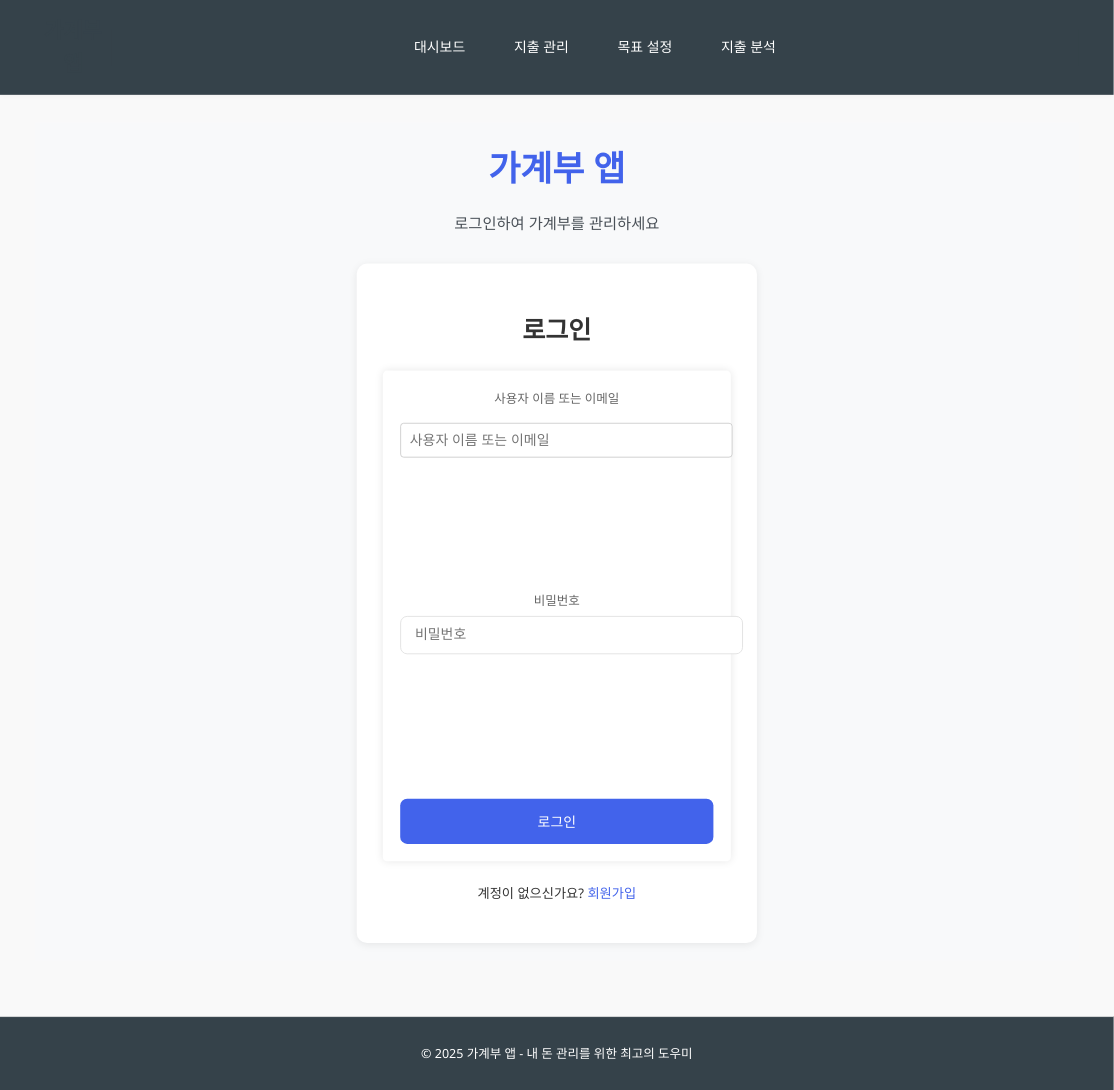
Repository: dldnwls07/Register_Login_Form
Page: /
The author's editor kept a copy of each file at every save. The page is drawn from the files as they stood at one save, then again after the next save.
The browser window is 1280 px wide. The pictures show the whole page, at 87% of full size.
The project was rebuilt for these pictures with package versions that can differ from the ones it lists, and the page was loaded fresh each time. Also part of the build but not shown: src/components/Summary.jsx, src/styles/pages/MainPage.css, src/pages/MainPage.jsx, src/utils/categoryData.js, src/components/CategorySelector.jsx, src/components/EntryForm.jsx, src/components/EntryTable.jsx, src/components/SearchBar.jsx and 15 more.

Above is the page before, as saved 2025-05-23 11:09:58.

### public/index.html
<!DOCTYPE html>
<html lang="en">
<head>
    <meta charset="UTF-8">
    <meta name="viewport" content="width=device-width, initial-scale=1.0">
    <title>My Money App</title>
</head>
<body>
    <div id="root"></div>
</body>
</html>

### src/styles/App.css
/* Added CSS variables for theme */
:root {
  --background-light: #f9f9f9;
  --background-dark: #121212;
  --text-light: #333;
  --text-dark: #eee;
  --primary-color: #35424a;
  --accent-color: #45a049;
  --border-radius: 5px;
  --box-shadow: 0 0 10px rgba(0, 0, 0, 0.1);
}

body {
  font-family: 'Segoe UI', Tahoma, Geneva, Verdana, sans-serif;
  background-color: var(--background-light);
  color: var(--text-light);
  margin: 0;
  padding: 0;
}

.dark body {
  background-color: var(--background-dark);
  color: var(--text-dark);
}

.container {
    width: 80%;
    margin: auto;
    overflow: hidden;
}

header {
    background: #35424a;
    color: #ffffff;
    padding: 10px 0;
    text-align: center;
}

h1 {
    margin: 0;
}

form {
    background: #ffffff;
    padding: 20px;
    border-radius: 5px;
    box-shadow: 0 0 10px rgba(0, 0, 0, 0.1);
}

input[type="text"],
input[type="number"] {
    width: 100%;
    padding: 10px;
    margin: 10px 0;
    border: 1px solid #ccc;
    border-radius: 4px;
}

button {
    background: #35424a;
    color: #ffffff;
    border: none;
    padding: 10px 15px;
    border-radius: 5px;
    cursor: pointer;
}

button:hover {
    background: #45a049;
}

.table {
    width: 100%;
    margin-top: 20px;
    border-collapse: collapse;
}

.table th,
.table td {
    border: 1px solid #ddd;
    padding: 8px;
}

.table th {
    background-color: #35424a;
    color: white;
}

.summary {
    background: #ffffff;
    padding: 20px;
    border-radius: 5px;
    box-shadow: 0 0 10px rgba(0, 0, 0, 0.1);
    margin-top: 20px;
}

.pie-chart {
    margin-top: 20px;
}

/* Added media query for responsiveness */
@media (max-width: 768px) {
  .entry-form {
    flex-direction: column;
  }
}

/* 앱 레이아웃 스타일 */
.App {
  display: flex;
  flex-direction: column;
  min-height: 100vh;
}

.App-header {
  background-color: var(--primary-color);
  color: white;
  padding: 1rem 0;
  text-align: center;
}

.App-content {
  flex: 1;
  padding: 2rem;
  max-width: 1200px;
  margin: 0 auto;
  width: 100%;
}

.App-footer {
  background-color: var(--primary-color);
  color: white;
  text-align: center;
  padding: 1rem 0;
  margin-top: 2rem;
}

/* 네비게이션 스타일 */
.main-navigation {
  background-color: var(--primary-color);
  padding: 0.5rem 0;
}

.nav-links {
  display: flex;
  justify-content: center;
  gap: 1.5rem;
  padding: 0;
  margin: 0;
}

.nav-links a {
  color: white;
  text-decoration: none;
  padding: 0.5rem 1rem;
  border-radius: var(--border-radius);
  transition: background-color 0.3s;
}

.nav-links a:hover, .nav-links a.active {
  background-color: var(--accent-color);
}

/* 카드 스타일 */
.navigation-links {
  display: grid;
  grid-template-columns: repeat(auto-fit, minmax(300px, 1fr));
  gap: 2rem;
  margin-top: 2rem;
}

.nav-card {
  background-color: white;
  padding: 1.5rem;
  border-radius: var(--border-radius);
  box-shadow: var(--box-shadow);
  transition: transform 0.3s, box-shadow 0.3s;
}

.nav-card:hover {
  transform: translateY(-5px);
  box-shadow: 0 10px 20px rgba(0, 0, 0, 0.15);
}

.nav-link {
  text-decoration: none;
  color: var(--text-light);
}

/* 페이지 스타일 */
.main-page, .spending-page, .goal-page, .analysis-page {
  padding: 1rem 0;
}

.back-link {
  margin-bottom: 2rem;
}

.back-link a {
  color: var(--primary-color);
  text-decoration: none;
  display: flex;
  align-items: center;
  gap: 0.5rem;
}

.back-link a:hover {
  text-decoration: underline;
}

/* 콘텐츠 레이아웃 */
.spending-content, .goal-content, .analysis-content {
  display: grid;
  grid-template-columns: 1fr;
  gap: 2rem;
}

@media (min-width: 768px) {
  .spending-content, .goal-content, .analysis-content {
    grid-template-columns: repeat(2, 1fr);
  }
}

### src/pages/auth/LoginPage.jsx
import React from 'react';
import { useNavigate } from 'react-router-dom';
import LoginForm from '../../components/LoginForm';
import { useAuth } from '../../hooks/useAuth';
import '../../styles/pages/AuthPage.css';

const LoginPage = () => {
  const navigate = useNavigate();
  const { login } = useAuth();

  const handleLoginSuccess = (user) => {
    navigate('/');
  };

  return (
    <div className="auth-page">
      <div className="auth-container">
        <h1>가계부 앱</h1>
        <p className="auth-description">로그인하여 가계부를 관리하세요</p>
        <LoginForm onLoginSuccess={handleLoginSuccess} />
      </div>
    </div>
  );
};

export default LoginPage;

### src/components/Navigation.jsx
import React from 'react';
import { Link, useLocation } from 'react-router-dom';

const Navigation = () => {
  const location = useLocation();

  return (
    <nav className="main-navigation">
      <ul className="nav-links">
        <li>
          <Link to="/" className={location.pathname === '/' ? 'active' : ''}>
            대시보드
          </Link>
        </li>
        <li>
          <Link to="/spending" className={location.pathname === '/spending' ? 'active' : ''}>
            지출 관리
          </Link>
        </li>
        <li>
          <Link to="/goal" className={location.pathname === '/goal' ? 'active' : ''}>
            목표 설정
          </Link>
        </li>
        <li>
          <Link to="/analysis" className={location.pathname === '/analysis' ? 'active' : ''}>
            지출 분석
          </Link>
        </li>
      </ul>
    </nav>
  );
};

export default Navigation;

### src/components/PrivateRoute.jsx
import React from 'react';
import { Navigate } from 'react-router-dom';
import { useAuth } from '../hooks/useAuth';

const PrivateRoute = ({ children }) => {
  const { user, loading } = useAuth();

  // 로딩 중일 때는 로딩 상태 표시
  if (loading) {
    return (
      <div className="loading-container">
        <div className="loading-spinner"></div>
        <p>로딩 중...</p>
      </div>
    );
  }

  // 사용자가 로그인하지 않았으면 로그인 페이지로 리디렉션
  if (!user) {
    return <Navigate to="/login" replace />;
  }

  // 로그인한 사용자는 원래 의도한 컴포넌트 표시
  return children;
};

export default PrivateRoute;

### src/context/AuthContext.jsx
import React, { createContext, useState, useEffect } from 'react';
import { loginUser, registerUser, verifyToken, getCurrentUser } from '../utils/authService';

export const AuthContext = createContext();

export const AuthProvider = ({ children }) => {
  const [user, setUser] = useState(null);
  const [loading, setLoading] = useState(true);

  useEffect(() => {
    // 토큰이 있으면 사용자 정보 확인
    const token = localStorage.getItem('token');
    if (token) {
      try {
        verifyToken(token)
          .then(decoded => {
            // 사용자 정보 가져오기
            return getCurrentUser(decoded.id);
          })
          .then(userData => {
            setUser(userData);
          })
          .catch(() => {
            // 토큰이 유효하지 않으면 제거
            localStorage.removeItem('token');
            localStorage.removeItem('user');
          })
          .finally(() => setLoading(false));
      } catch (err) {
        setLoading(false);
      }
    } else {
      setLoading(false);
    }
  }, []);

  // 로그인 함수
  const login = async (credentials) => {
    try {
      const response = await loginUser(credentials.usernameOrEmail, credentials.password);

      localStorage.setItem('token', response.token);
      localStorage.setItem('user', JSON.stringify(response.user));

      setUser(response.user);
      return response.user;
    } catch (error) {
      throw error;
    }
  };

  // 회원가입 함수
  const register = async (userData) => {
    try {
      return await registerUser(userData);
    } catch (error) {
      throw error;
    }
  };

  // 로그아웃 함수
  const logout = () => {
    localStorage.removeItem('token');
    localStorage.removeItem('user');
    setUser(null);
  };

  return (
    <AuthContext.Provider value={{ user, loading, login, register, logout }}>
      {children}
    </AuthContext.Provider>
  );
};

export default AuthContext;

### src/styles/Common.css
/* 공통 스타일 - 네비게이션, 헤더, 푸터 등 공통 요소 디자인 */

:root {
  --primary-color: #2D7FF9;
  --accent-color: #00D1D1;
  --text-color: #333333;
  --text-light: #666666;
  --background-color: #F5F7FC;
  --card-background: #FFFFFF;
  --border-radius: 16px;
  --box-shadow: 0 2px 10px rgba(0, 0, 0, 0.05);
  --hover-shadow: 0 10px 20px rgba(0, 0, 0, 0.1);
  --transition: 0.2s ease;
}

body {
  font-family: 'Pretendard', -apple-system, BlinkMacSystemFont, system-ui, Roboto, 'Helvetica Neue', 'Segoe UI', sans-serif;
  background-color: var(--background-color);
  color: var(--text-color);
  margin: 0;
  padding: 0;
  line-height: 1.6;
}

/* 앱 레이아웃 */
.App {
  display: flex;
  flex-direction: column;
  min-height: 100vh;
}

/* 헤더 스타일 */
.App-header {
  background-color: var(--card-background);
  box-shadow: 0 1px 5px rgba(0, 0, 0, 0.03);
  padding: 1.25rem 0;
  position: sticky;
  top: 0;
  z-index: 100;
}

.header-container {
  display: flex;
  flex-direction: column;
  align-items: center;
  max-width: 1200px;
  margin: 0 auto;
  padding: 0 1.5rem;
}

@media (min-width: 768px) {
  .header-container {
    flex-direction: row;
    justify-content: space-between;
  }
}

.App-header h1 {
  font-size: 1.5rem;
  font-weight: 700;
  color: var(--primary-color);
  margin: 0;
}

/* 메인 컨텐츠 스타일 */
.App-content {
  flex: 1;
  max-width: 1200px;
  margin: 0 auto;
  width: 100%;
  padding: 2rem 1.5rem;
}

/* 푸터 스타일 */
.App-footer {
  background-color: var(--card-background);
  padding: 1.5rem 0;
  margin-top: 3rem;
  text-align: center;
  font-size: 0.9rem;
  color: var(--text-light);
  border-top: 1px solid #eaeaea;
}

/* 네비게이션 스타일 */
.main-navigation {
  width: 100%;
  display: flex;
  justify-content: center;
  margin-top: 1rem;
}

@media (min-width: 768px) {
  .main-navigation {
    margin-top: 0;
  }
}

.nav-links {
  display: flex;
  gap: 1.5rem;
  padding: 0;
  margin: 0;
  list-style: none;
}

.nav-links a {
  color: var(--text-light);
  text-decoration: none;
  font-size: 1rem;
  font-weight: 500;
  padding: 0.5rem;
  transition: color var(--transition);
  position: relative;
}

.nav-links a:before {
  content: '';
  position: absolute;
  bottom: 0;
  left: 0;
  width: 0;
  height: 2px;
  background-color: var(--primary-color);
  transition: width var(--transition);
}

.nav-links a:hover, .nav-links a.active {
  color: var(--primary-color);
}

.nav-links a:hover:before, .nav-links a.active:before {
  width: 100%;
}

### src/components/LoginForm.jsx
import React, { useState, useEffect } from 'react';
import { Link, useNavigate, useLocation } from 'react-router-dom';
import '../styles/components/AuthForm.css';
import { useAuth } from '../hooks/useAuth';

const LoginForm = ({ onLoginSuccess }) => {
  const [formData, setFormData] = useState({
    usernameOrEmail: '',
    password: '',
  });
  const [errors, setErrors] = useState({});
  const [isLoading, setIsLoading] = useState(false);
  const [successMessage, setSuccessMessage] = useState('');

  const navigate = useNavigate();
  const location = useLocation();
  const { login } = useAuth();

  // 회원가입 성공 메시지 표시
  useEffect(() => {
    if (location.state?.message) {
      setSuccessMessage(location.state.message);
      // URL에서 메시지 상태 제거
      navigate(location.pathname, { replace: true });
    }
  }, [location, navigate]);

  const handleChange = (e) => {
    const { name, value } = e.target;
    setFormData({
      ...formData,
      [name]: value,
    });

    // 필드 변경 시 해당 필드의 오류 메시지 초기화
    if (errors[name]) {
      setErrors({
        ...errors,
        [name]: '',
      });
    }
  };

  const validateForm = () => {
    const newErrors = {};

    if (!formData.usernameOrEmail.trim()) {
      newErrors.usernameOrEmail = '사용자 이름 또는 이메일을 입력하세요.';
    }

    if (!formData.password) {
      newErrors.password = '비밀번호를 입력하세요.';
    }

    return newErrors;
  };

  const handleSubmit = async (e) => {
    e.preventDefault();

    const formErrors = validateForm();
    if (Object.keys(formErrors).length > 0) {
      setErrors(formErrors);
      return;
    }

    setIsLoading(true);

    try {
      // AuthContext를 통해 로그인 시도
      await login({
        usernameOrEmail: formData.usernameOrEmail,
        password: formData.password,
      });

      // 로그인 성공 후 콜백 함수 호출
      if (onLoginSuccess) {
        onLoginSuccess();
      }

      // 메인 페이지로 리디렉션
      navigate('/');
    } catch (error) {
      console.error('로그인 오류:', error);
      setErrors({ general: error.message });
    } finally {
      setIsLoading(false);
    }
  };

  return (
    <div className="auth-form-container">
      <h2 className="auth-title">로그인</h2>

      {successMessage && (
        <div className="auth-success-message">{successMessage}</div>
      )}

      {errors.general && (
        <div className="auth-error-message">{errors.general}</div>
      )}

      <form className="auth-form" onSubmit={handleSubmit}>
        <div className="form-group">
          <label htmlFor="usernameOrEmail">사용자 이름 또는 이메일</label>
          <input
            type="text"
            id="usernameOrEmail"
            name="usernameOrEmail"
            value={formData.usernameOrEmail}
            onChange={handleChange}
            placeholder="사용자 이름 또는 이메일"
            disabled={isLoading}
          />
          {errors.usernameOrEmail && (
            <div className="input-error">{errors.usernameOrEmail}</div>
          )}
        </div>

        <div className="form-group">
          <label htmlFor="password">비밀번호</label>
          <input
            type="password"
            id="password"
            name="password"
            value={formData.password}
            onChange={handleChange}
            placeholder="비밀번호"
            disabled={isLoading}
          />
          {errors.password && <div className="input-error">{errors.password}</div>}
        </div>

        <button
          type="submit"
          className={`auth-button ${isLoading ? 'loading' : ''}`}
          disabled={isLoading}
        >
          {isLoading ? '로그인 중...' : '로그인'}
        </button>
      </form>

      <div className="auth-links">
        <p>
          계정이 없으신가요? <Link to="/register">회원가입</Link>
        </p>
      </div>
    </div>
  );
};

export default LoginForm;

### src/styles/pages/AuthPage.css
/* 인증 페이지 스타일 */
.auth-page {
  display: flex;
  justify-content: center;
  align-items: center;
  min-height: 100vh;
  background-color: #f8f9fa;
}

.auth-container {
  width: 100%;
  max-width: 500px;
  padding: 20px;
  text-align: center;
}

.auth-page h1 {
  font-size: 2.5rem;
  margin-bottom: 0.5rem;
  color: #4263eb;
  font-weight: 700;
}

.auth-description {
  font-size: 1.1rem;
  color: #495057;
  margin-bottom: 2rem;
}

/* 반응형 조정 */
@media (max-width: 576px) {
  .auth-container {
    padding: 15px;
  }

  .auth-page h1 {
    font-size: 2rem;
  }

  .auth-description {
    font-size: 1rem;
  }
}

### src/styles/components/AuthForm.css
/* 인증 폼 스타일 (로그인/회원가입) */

.auth-form-container {
  max-width: 400px;
  margin: 0 auto;
  padding: 30px;
  background-color: #fff;
  border-radius: 12px;
  box-shadow: 0 2px 10px rgba(0, 0, 0, 0.08);
}

.auth-title {
  font-size: 1.8rem;
  margin-bottom: 24px;
  color: #333;
  font-weight: 600;
  text-align: center;
}

.auth-form {
  display: flex;
  flex-direction: column;
  gap: 16px;
}

.form-group {
  display: flex;
  flex-direction: column;
}

.form-group label {
  font-size: 0.9rem;
  margin-bottom: 6px;
  color: #666;
  font-weight: 500;
}

.form-group input {
  padding: 12px 16px;
  border: 1px solid #e0e0e0;
  border-radius: 8px;
  font-size: 1rem;
  transition: border 0.2s;
}

.form-group input:focus {
  border-color: #4263eb;
  outline: none;
  box-shadow: 0 0 0 2px rgba(66, 99, 235, 0.1);
}

.form-group input[disabled] {
  background-color: #f8f9fa;
  cursor: not-allowed;
}

.input-error {
  color: #e03131;
  font-size: 0.85rem;
  margin-top: 6px;
}

.auth-button {
  background-color: #4263eb;
  color: white;
  border: none;
  border-radius: 8px;
  padding: 14px;
  font-size: 1rem;
  font-weight: 500;
  cursor: pointer;
  margin-top: 8px;
  transition: background 0.2s;
}

.auth-button:hover {
  background-color: #3249b1;
}

.auth-button:disabled {
  background-color: #adb5bd;
  cursor: not-allowed;
}

.auth-button.loading {
  position: relative;
  opacity: 0.8;
}

.auth-button.loading::after {
  content: '';
  position: absolute;
  width: 20px;
  height: 20px;
  top: 50%;
  left: 50%;
  margin-left: -10px;
  margin-top: -10px;
  border: 3px solid rgba(255, 255, 255, 0.3);
  border-radius: 50%;
  border-top-color: #fff;
  animation: spin 1s ease-in-out infinite;
}

@keyframes spin {
  to { transform: rotate(360deg); }
}

.auth-links {
  margin-top: 24px;
  text-align: center;
  font-size: 0.95rem;
}

.auth-links a {
  color: #4263eb;
  text-decoration: none;
  font-weight: 500;
}

.auth-links a:hover {
  text-decoration: underline;
}

.auth-error-message,
.auth-success-message {
  padding: 12px;
  margin-bottom: 20px;
  border-radius: 8px;
  font-size: 0.95rem;
}

.auth-error-message {
  background-color: #fff5f5;
  color: #e03131;
  border-left: 4px solid #e03131;
}

.auth-success-message {
  background-color: #f4fce3;
  color: #2b8a3e;
  border-left: 4px solid #2b8a3e;
}

/* 반응형 */
@media (max-width: 480px) {
  .auth-form-container {
    padding: 20px;
    border-radius: 8px;
  }

  .auth-title {
    font-size: 1.5rem;
    margin-bottom: 20px;
  }
}

Loaded but not shown: src/utils/dbService.js (235 lines, source omitted); src/utils/authService.js (128 lines, source omitted); src/utils/localStorageUtil.js (43 lines, source omitted); src/index.js (12 lines, source omitted); src/hooks/useAuth.js (14 lines, source omitted); src/App.jsx (110 lines, source omitted); src/styles/components/GoalSetter.css (269 lines, source omitted)

After the next save:
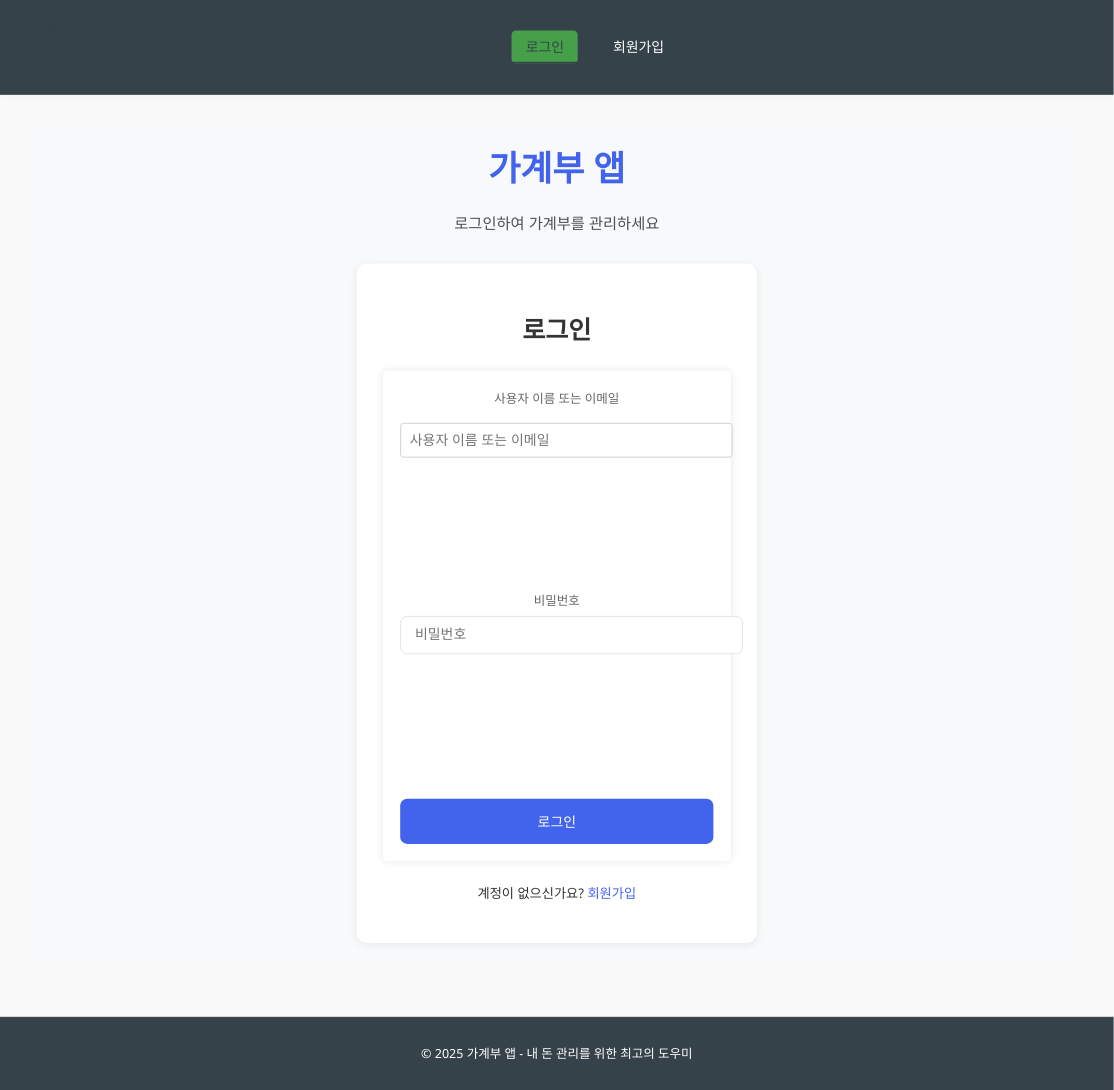
Saved 35 s later.
--- a/src/components/Navigation.jsx
+++ b/src/components/Navigation.jsx
@@ -1,32 +1,58 @@
 import React from 'react';
 import { Link, useLocation } from 'react-router-dom';
+import { useAuth } from '../hooks/useAuth';
 
 const Navigation = () => {
   const location = useLocation();
+  const { user } = useAuth();
 
   return (
     <nav className="main-navigation">
       <ul className="nav-links">
-        <li>
-          <Link to="/" className={location.pathname === '/' ? 'active' : ''}>
-            대시보드
-          </Link>
-        </li>
-        <li>
-          <Link to="/spending" className={location.pathname === '/spending' ? 'active' : ''}>
-            지출 관리
-          </Link>
-        </li>
-        <li>
-          <Link to="/goal" className={location.pathname === '/goal' ? 'active' : ''}>
-            목표 설정
-          </Link>
-        </li>
-        <li>
-          <Link to="/analysis" className={location.pathname === '/analysis' ? 'active' : ''}>
-            지출 분석
-          </Link>
-        </li>
+        {user ? (
+          // 로그인된 사용자용 메뉴
+          <>
+            <li>
+              <Link to="/" className={location.pathname === '/' ? 'active' : ''}>
+                대시보드
+              </Link>
+            </li>
+            <li>
+              <Link to="/spending" className={location.pathname === '/spending' ? 'active' : ''}>
+                지출 관리
+              </Link>
+            </li>
+            <li>
+              <Link to="/goal" className={location.pathname === '/goal' ? 'active' : ''}>
+                목표 설정
+              </Link>
+            </li>
+            <li>
+              <Link to="/analysis" className={location.pathname === '/analysis' ? 'active' : ''}>
+                지출 분석
+              </Link>
+            </li>
+            <li>
+              <Link to="/profile" className={location.pathname === '/profile' ? 'active' : ''}>
+                프로필
+              </Link>
+            </li>
+          </>
+        ) : (
+          // 로그인되지 않은 사용자용 메뉴
+          <>
+            <li>
+              <Link to="/login" className={location.pathname === '/login' ? 'active' : ''}>
+                로그인
+              </Link>
+            </li>
+            <li>
+              <Link to="/register" className={location.pathname === '/register' ? 'active' : ''}>
+                회원가입
+              </Link>
+            </li>
+          </>
+        )}
       </ul>
     </nav>
   );
